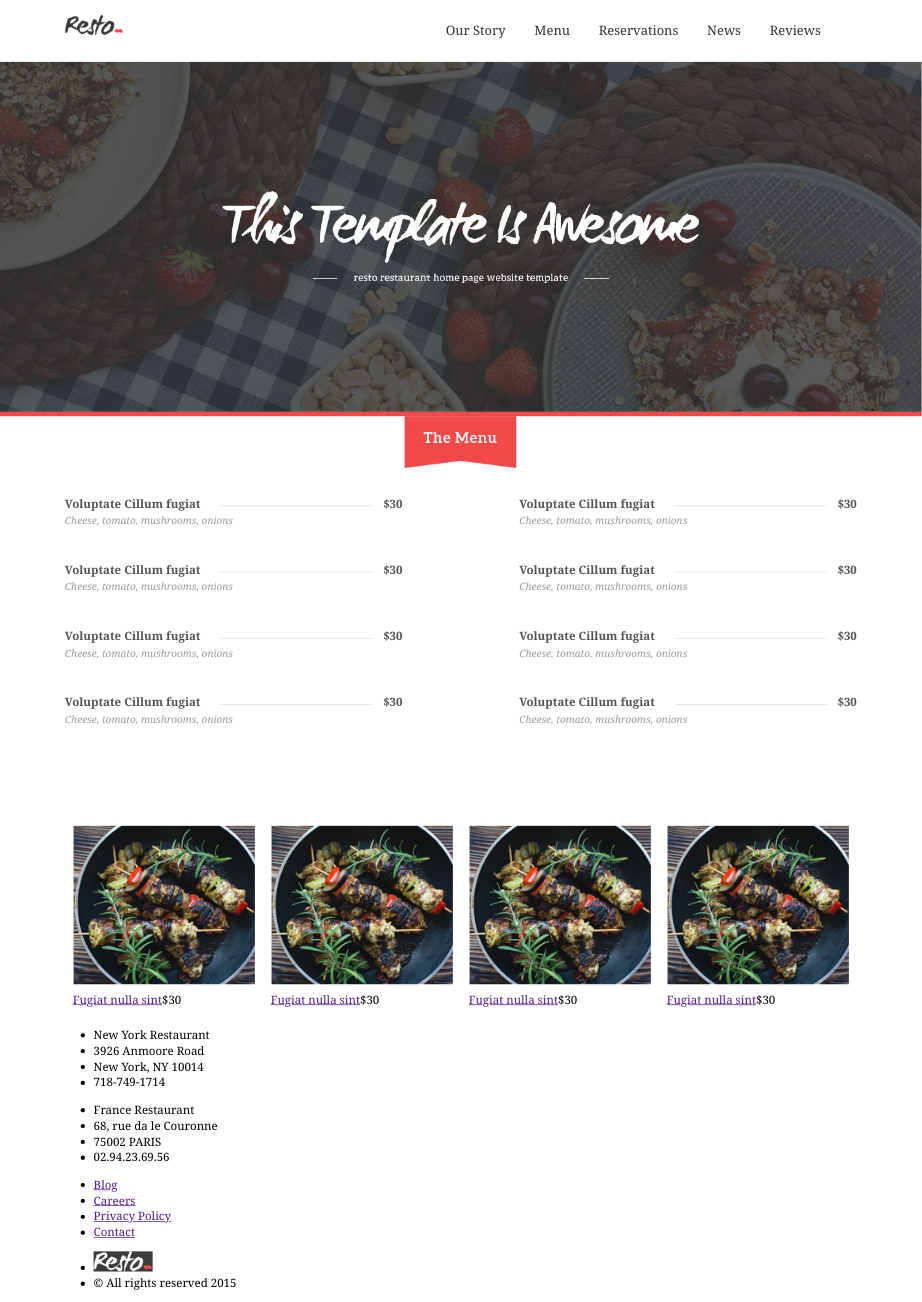
Repository: Piterwk1/psd-to-wordpress
Page: index.html
An editor plug-in stored every save of this project. The page is shown before and after the next save, followed by the edit.
The browser window is 1280 px wide. The pictures show the whole page, at 72% of full size.

Above is the page before, as saved 2021-09-23 03:56:09.

### index.html
<html lang="en">

<head>
    <meta charset="UTF-8">
    <meta http-equiv="X-UA-Compatible" content="IE=edge">
    <meta name="viewport" content="width=device-width, initial-scale=1.0">
    <title>Resto</title>
    <link rel="stylesheet" href="style.css">
</head>

<body>

    <header>
        <div class="wrapper" id="headerWrapper">
            <h1 class="logo">Rest</h1>
            <nav>
                <h2>Main Navigation</h2>
                <ul>
                    <li><a href="">Our Story</a></li>
                    <li><a href="">Menu</a></li>
                    <li><a href="">Reservations</a></li>
                    <li><a href="">News</a></li>
                    <li><a href="">Reviews</a></li>
                </ul>
            </nav>
        </div>
    </header>

    <!-- start homepage content -->

    <div id="main-banner">
        <img src="images/banner.jpg" alt="Welcome to Resto">
    </div>

    <div class="wrapper">
        <section id="home-menu">
            <h2>Menu</h2>
            <ul>
                <li>
                    <span class="dish">Voluptate Cillum fugiat</span>
                    <span class="price">$30</span>
                    <span class="description">Cheese, tomato, mushrooms, onions</span>
                </li>
                <li>
                    <span class="dish">Voluptate Cillum fugiat</span>
                    <span class="price">$30</span>
                    <span class="description">Cheese, tomato, mushrooms, onions</span>
                </li>
                <li>
                    <span class="dish">Voluptate Cillum fugiat</span>
                    <span class="price">$30</span>
                    <span class="description">Cheese, tomato, mushrooms, onions</span>
                </li>
                <li>
                    <span class="dish">Voluptate Cillum fugiat</span>
                    <span class="price">$30</span>
                    <span class="description">Cheese, tomato, mushrooms, onions</span>
                </li>
                <li>
                    <span class="dish">Voluptate Cillum fugiat</span>
                    <span class="price">$30</span>
                    <span class="description">Cheese, tomato, mushrooms, onions</span>
                </li>
                <li>
                    <span class="dish">Voluptate Cillum fugiat</span>
                    <span class="price">$30</span>
                    <span class="description">Cheese, tomato, mushrooms, onions</span>
                </li>
                <li>
                    <span class="dish">Voluptate Cillum fugiat</span>
                    <span class="price">$30</span>
                    <span class="description">Cheese, tomato, mushrooms, onions</span>
                </li>
                <li>
                    <span class="dish">Voluptate Cillum fugiat</span>
                    <span class="price">$30</span>
                    <span class="description">Cheese, tomato, mushrooms, onions</span>
                </li>
            </ul>
        </section>

        <section id="featured">
            <ul>
                <li>
                    <img src="images/thumb-1.jpg">
                    <a href="">Fugiat nulla sint</a>
                    <span>$30</span>
                    <span class="rating"></span>
                </li>
                <li>
                    <img src="images/thumb-1.jpg">
                    <a href="">Fugiat nulla sint</a>
                    <span>$30</span>
                    <span class="rating"></span>
                </li>
                <li>
                    <img src="images/thumb-1.jpg">
                    <a href="">Fugiat nulla sint</a>
                    <span>$30</span>
                    <span class="rating"></span>
                </li>
                <li>
                    <img src="images/thumb-1.jpg">
                    <a href="">Fugiat nulla sint</a>
                    <span>$30</span>
                    <span class="rating"></span>
                </li>
            </ul>
        </section>
    </div>

    <!-- end homepage content -->

    <footer>
        <div class="wrapper">
            <ul>
                <li>New York Restaurant</li>
                <li>3926 Anmoore Road</li>
                <li>New York, NY 10014</li>
                <li>718-749-1714</li>
            </ul>
            <ul>
                <li>France Restaurant</li>
                <li>68, rue da le Couronne</li>
                <li>75002 PARIS</li>
                <li>02.94.23.69.56</li>
            </ul>
            <ul>
                <li><a href="">Blog</a></li>
                <li><a href="">Careers</a></li>
                <li><a href="">Privacy Policy</a></li>
                <li><a href="">Contact</a></li>
            </ul>
            <ul>
                <li><img src="images/white-logo.png" alt="logo"></li>
                <li>&copy; All rights reserved 2015</li>

            </ul>
        </div>
    </footer>
</body>

</html>

### style.css
body {
    font-family: Georgia, 'Times New Roman', Times, serif;
    margin: 0;
}

.wrapper {
    width: 100%;
    /* max-width: 960px; */
    max-width: 1100px;
    padding: 0 10px;
    margin:  0 auto;
}

h1.logo {
    background-image: url(images/logo.png);
    background-repeat: no-repeat;
    width: 100px;
    text-indent: -10000px;
}

#headerWrapper {
    display: flex;
    justify-content: space-between;
    width: 100%;
}

nav {

  margin-right: 10px;

}

#headerWrapper nav h2 {
    text-indent: -100000px;
    height: 0;
    margin: 0;
}

#headerWrapper nav ul {
   display: flex;
   justify-content: space-evenly;
   list-style-type:  none;
   margin: 10px 20px;
}
#headerWrapper nav li {

   margin: 20px 20px;
}
#headerWrapper nav li a{
   text-decoration: none;
   color: #333;
   font-size: 18px;
}
#headerWrapper nav li a:hover{
   color: blue;
}

#main-banner, #main-banner img{
    width: 100%;
}

#main-banner img {
    border-bottom: 6px solid #f34949;
}

#home-menu h2 {
    background-image: url(images/menu-head.png);
    background-repeat: no-repeat;
    width: 156px;
    height: 74px;
    text-indent: -10000px;
    margin: 0 auto;
}

#home-menu ul {
    display: flex;
    flex-wrap: wrap;
    justify-content: space-between;
   padding: 0;
   list-style: none;
}
#home-menu li {
    display: flex;
    flex-wrap: wrap;
   margin: 20px 0 20px 0;
   justify-content: space-between;
}

.dish{
    position: relative;
    z-index: 1;
    background: #fff;
    padding-right: 5px;
    width: 45%;
    color: #555;
    font-weight: bold;
}

.price {
    position: relative;
    z-index: 1;
    background: #fff;
    padding-left: 15px;
    color: #555;
    font-weight: bold;
}

.description {
    width: 100%;
    color: #999;
    font-style: italic;
    font-size: 14px;
    padding-top: 10px;
    border-top: 1px solid #ddd;
    position: relative;
    top: -8px;
}

#featured {
    margin-top: 100px;
}
#featured ul {
    display: flex;
    justify-content: space-evenly;
    padding: 0;
}

#featured li {
    display: flex;
    flex-wrap: wrap;
    list-style: none;
    margin: 1%;
}

#featured li img{
    width: 100%;
    margin-bottom: 10px;
}

After the next save:
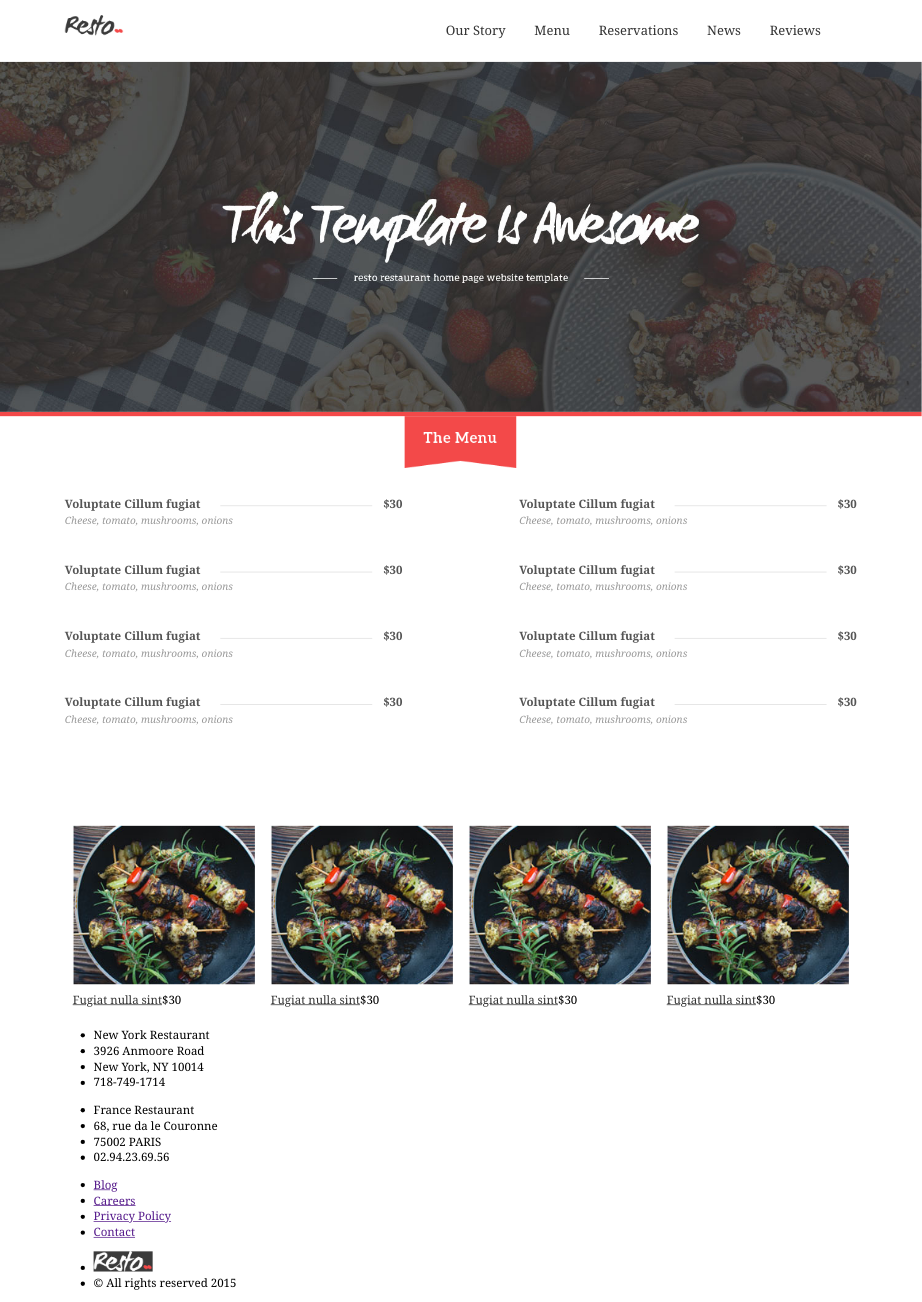
Saved 63 s later.
--- a/style.css
+++ b/style.css
@@ -136,3 +136,7 @@ nav {
     width: 100%;
     margin-bottom: 10px;
 }
+
+#featured li a{
+    color: #333;
+}
